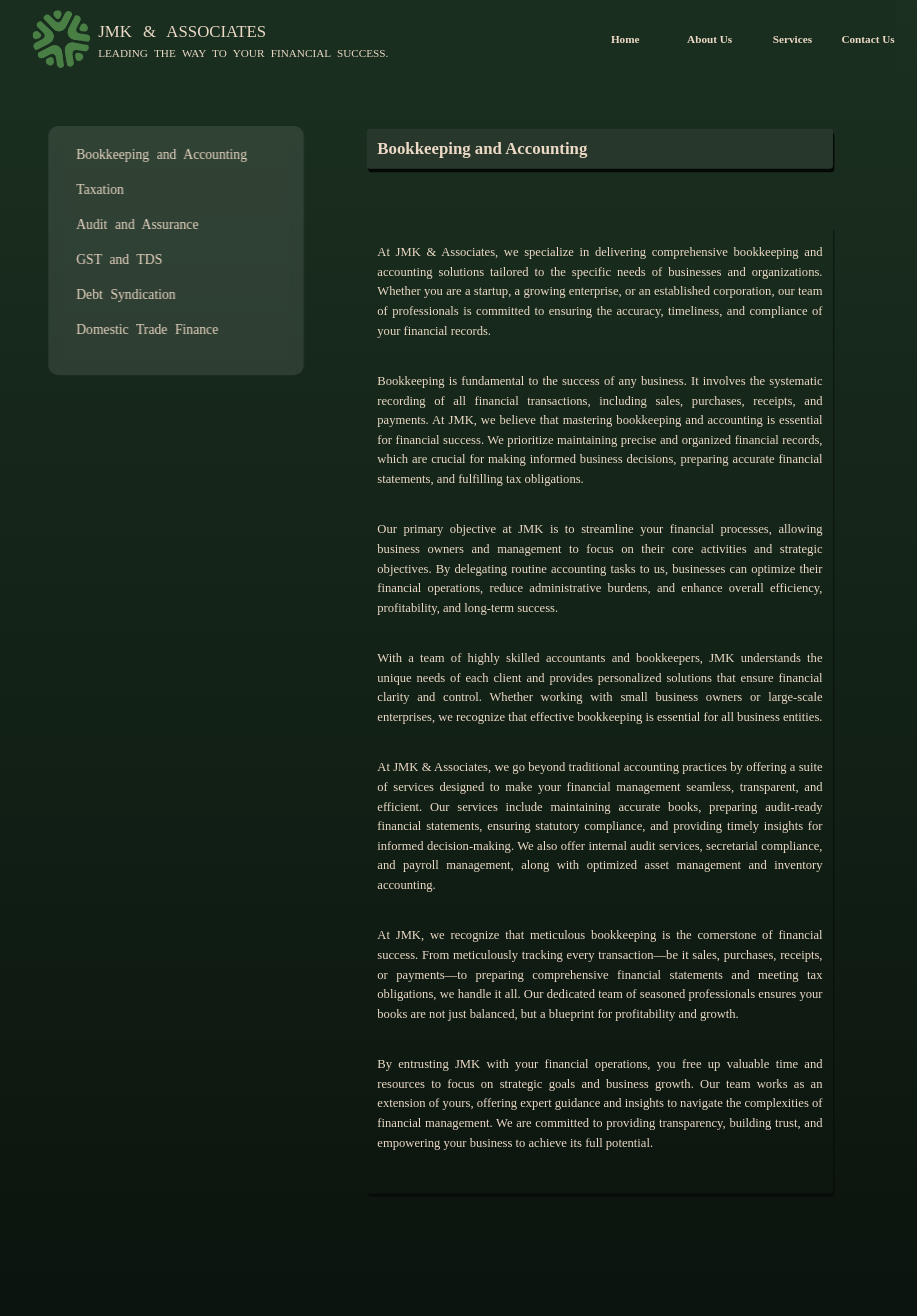
Repository: gama113/jmk
Page: movie/jmk.online/bookkeeping.html
These files come from the project's save history. The page is drawn as it stood at one moment and after the next save; the edit follows.
The browser window is 1280 px wide. The page is 1310 px wide, so the pictures cover 1310 px, including what lies to the right of the window. The pictures show the part of the page from y = 0 to 1880 px (the page is 2459 px tall before and 2465 px after), at 70% of full size.

Above is the page before, as saved 2025-03-22 18:46:49.

After the next save:
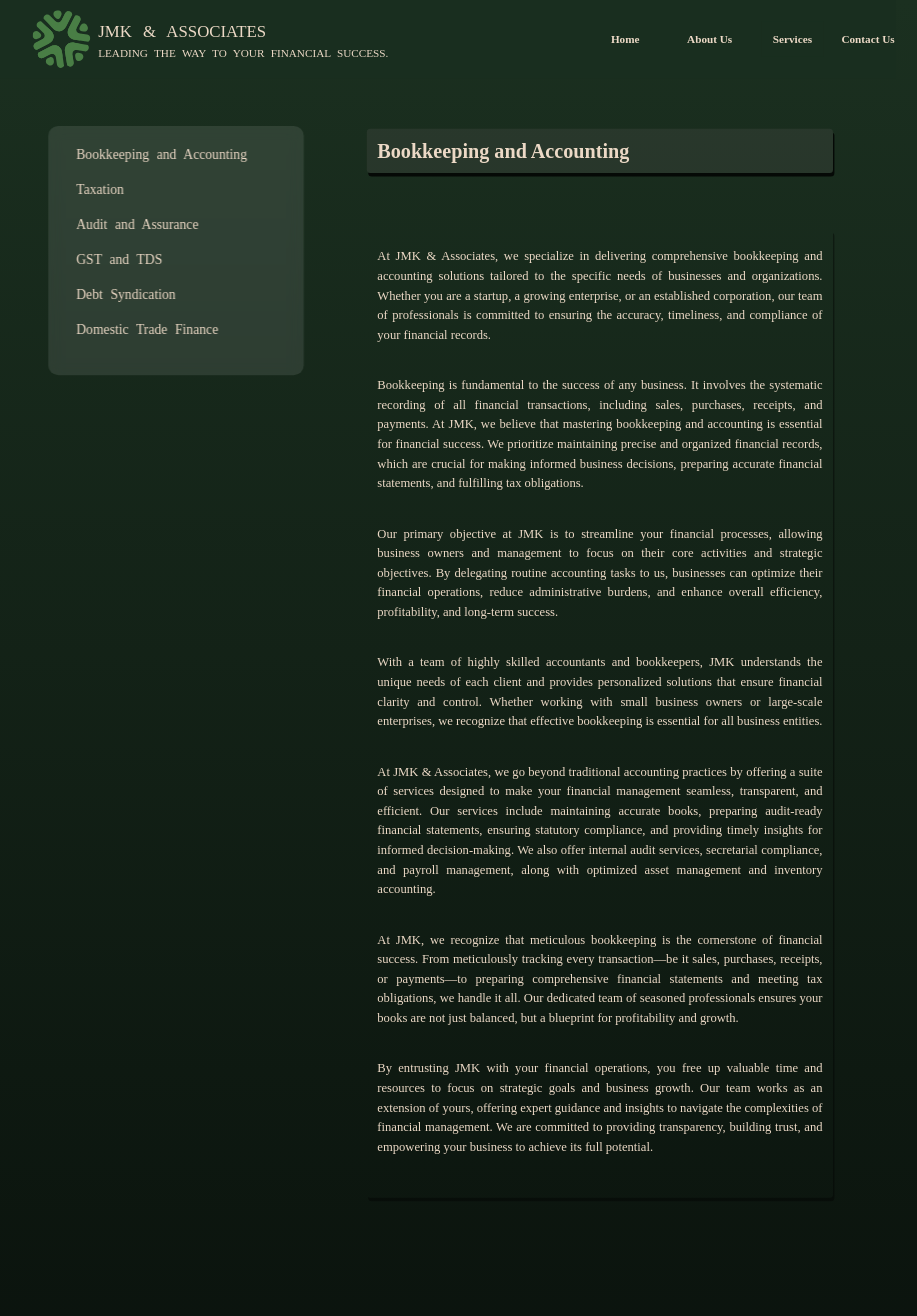
Saved 13 s later.
--- a/movie/jmk.online/style_services.css
+++ b/movie/jmk.online/style_services.css
@@ -263,7 +263,7 @@ body {
 
 .h_1 {
     border-radius: 3px;
-    /* font-size: 1.2rem; */
+    font-size: 1.2rem;
 
 }
 
